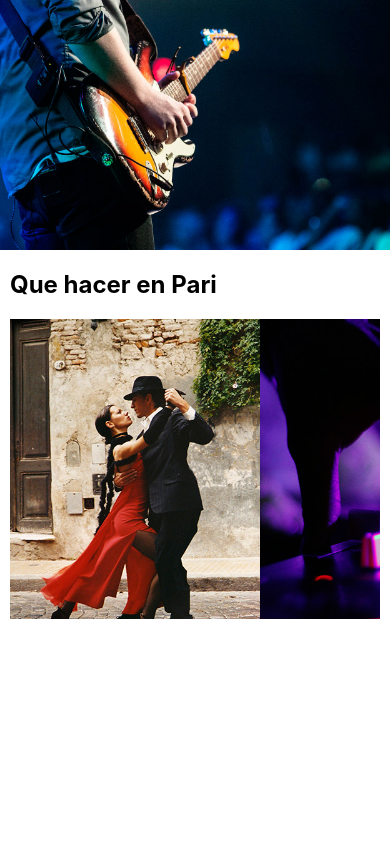
Repository: AleMicky/layout
Screen: /
These files come from the project's save history. The screen is drawn as it stood at one moment and after the next save; the edit follows.
The app was drawn by React Native's web renderer in a window 390 px wide. The project was rebuilt for these pictures with package versions that can differ from the ones it lists, and the page was loaded fresh each time.

Above is the screen before, as saved 2020-06-27 16:28:48.

After the next save:
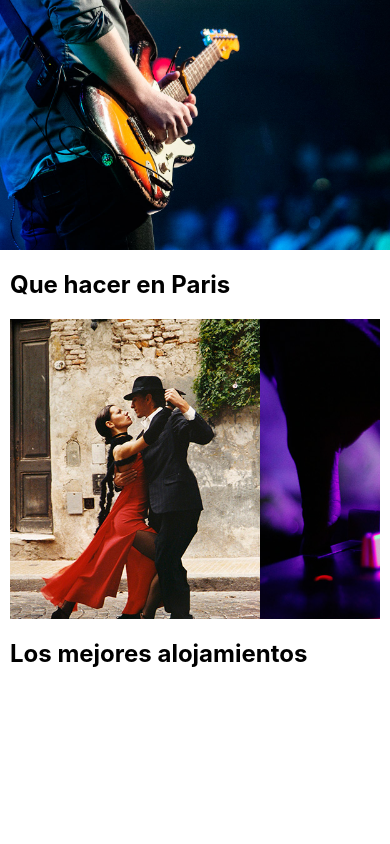
Saved 5 min 30 s later.
--- a/App.js
+++ b/App.js
@@ -10,7 +10,7 @@
                     source={require('./assets/img/bg.jpg')} />
         </View>
         <View style={styles.contenedor}>
-            <Text style={styles.titulo}>Que hacer en Pari</Text>
+            <Text style={styles.titulo}>Que hacer en Paris</Text>
             <ScrollView
               horizontal
             >
@@ -35,6 +35,7 @@
                           source={require('./assets/img/actividad5.jpg')} />
                 </View>
             </ScrollView>
+            <Text style={styles.titulo}>Los mejores alojamientos</Text>
         </View>
     </>
   );

After the 3 saves that followed:
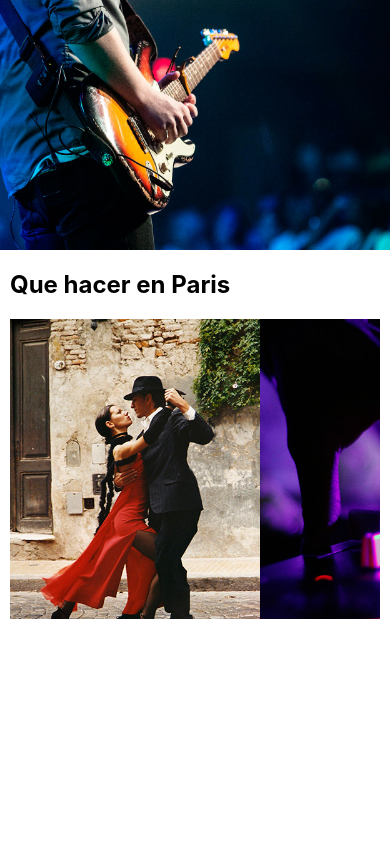
The 3 saves are shown as one change because 1 did not build or start and 1 left the picture as it was.
The last was saved 3 min 16 s later.
--- a/App.js
+++ b/App.js
@@ -35,7 +35,7 @@
                           source={require('./assets/img/actividad5.jpg')} />
                 </View>
             </ScrollView>
-            <Text style={styles.titulo}>Los mejores alojamientos</Text>
+
         </View>
     </>
   );
